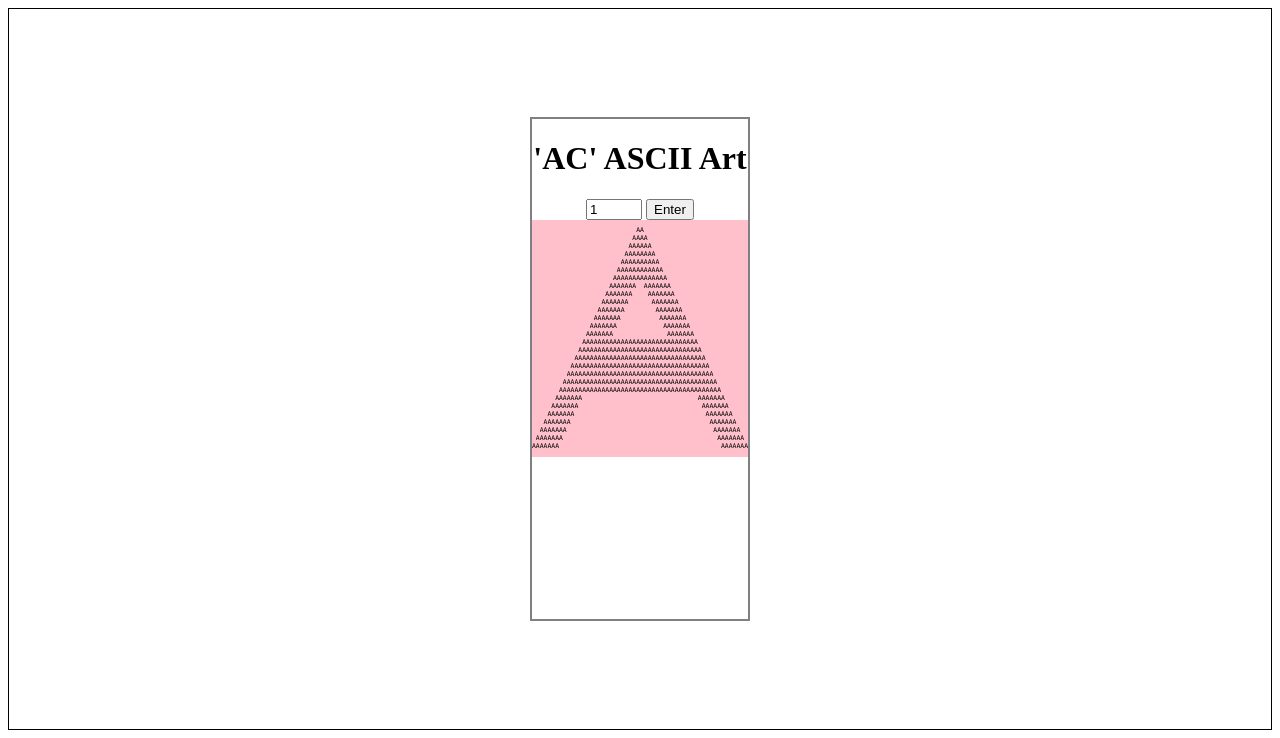
Repository: Achorn/ascii-art
Page: index.html
These files come from the project's save history. The page is drawn as it stood at one moment and after the next save; the edit follows.
The browser window is 1280 px wide. The pictures show the whole page.

Above is the page before, as saved 2021-08-09 18:37:41.

### index.html
<!DOCTYPE html>
<html lang="en">
  <head>
    <link rel="stylesheet" href="styles.css" />
    <meta charset="UTF-8" />
    <meta http-equiv="X-UA-Compatible" content="IE=edge" />
    <meta name="viewport" content="width=device-width, initial-scale=1.0" />
    <title>Document</title>
  </head>
  <body>
    <form>
      <h1>'AC' ASCII Art</h1>
      <input type="number" min="1" value="1" max="10" />
      <button>Enter</button>
      <div id="ascii-container">
        <div id="a-container">
          <p id="mono-a" style="font-family: 'Lucida Console', monospace"></p>
        </div>
        <div id="c-container">
          <p id="mono-c" style="font-family: 'Lucida Console', monospace"></p>
        </div>
      </div>
    </form>
    <script type="text/javascript" src="myscripts.js"></script>
  </body>
</html>

### styles.css
body {
  border: 1px solid black;
  display: flex;
  flex-direction: column;
  justify-content: center;
  align-items: center;
  height: 100vh;
}

form {
  border: 2px solid grey;
  height: 500px;
  /* width: 400px; */
  text-align: center;
}

#ascii-container {
  display: flex;
}

#a-container {
  background-color: pink;
}
#c-container {
  background-color: pink;
}
#mono-a {
  /* font-size: 25.5vw; */

  white-space: pre;
}
#mono-c {
  white-space: pre;
}

### myscripts.js
let oneA = ["A"];
let twoA = [
  [" ", "A", " "],
  ["A", " ", "A"],
];
let threeA = [
  [" ", " ", "A", " ", " "],
  ["", "A", "A", "A", ""],
  ["A", "", "", "", "A"],
];

let four = [
  [" ", " ", " ", "A"],
  [" ", " ", "A", " "],
  [" ", "A", "A", "A"],
  ["A", " ", " ", " "],
];

let eight = [
  [" ", " ", " ", " ", " ", " ", " ", "A"],
  [" ", " ", " ", " ", " ", " ", "A", "A"],
  [" ", " ", " ", " ", " ", "A", "A", " "],
  [" ", " ", " ", " ", "A", "A", "A", "A"],
  [" ", " ", " ", "A", "A", "A", "A", "A"],
  [" ", " ", "A", "A", " ", " ", " ", " "],
  [" ", "A", "A", " ", " ", " ", " ", " "],
  ["A", "A", " ", " ", " ", " ", " ", " "],
];

function scaleSpread(array, factor) {
  const scaled = [];

  for (const row of array) {
    let x = [];

    for (const item of row) x.push(...Array(factor).fill(item));

    scaled.push(...Array(factor).fill(x));
  }

  return scaled;
}

function arrToString(arr) {
  let string = "";
  for (let i = 0; i < arr.length; i++) {
    string += arr[i].join("") + "<br>";
  }
  return string;
}

function halfArrToString(arr) {
  let string = "";
  for (let i = 0; i < arr.length; i++) {
    string += arr[i].join("");
    let rev = arr[i].slice();
    string += rev.reverse().join("");
    string += "<br>";
  }
  return string;
}
function trimA(arr, lWidth) {
  for (i = 0; i < arr.length; i++) {
    let disp = lWidth - (i % lWidth) - 1;
    let newArr = arr[i].slice();
    for (let j = 0; j < disp; j++) {
      newArr.pop();
      newArr.unshift(" ");
    }
    arr[i] = newArr;
  }
}

let monoA = document.getElementById("mono-a");
let monoC = document.getElementById("mono-c");
let scale = 7;
let scaledFour = scaleSpread(four, scale);
trimA(scaledFour, scale);

let scaledEight = scaleSpread(eight, 5);
trimA(scaledEight, 4);
// mono.innerHTML = halfArrToString(scaleSpread(four, 7));
monoA.style.fontSize = `${45 / scale}px`;
// monoC.style.fontSize = `${4 / scale}em`;
monoA.innerHTML = halfArrToString(scaledFour);
// monoC.innerHTML = arrToString(scaledEight);
// mono.innerHTML += arrToString(scaleSpread(eight, 1));

After the next save:
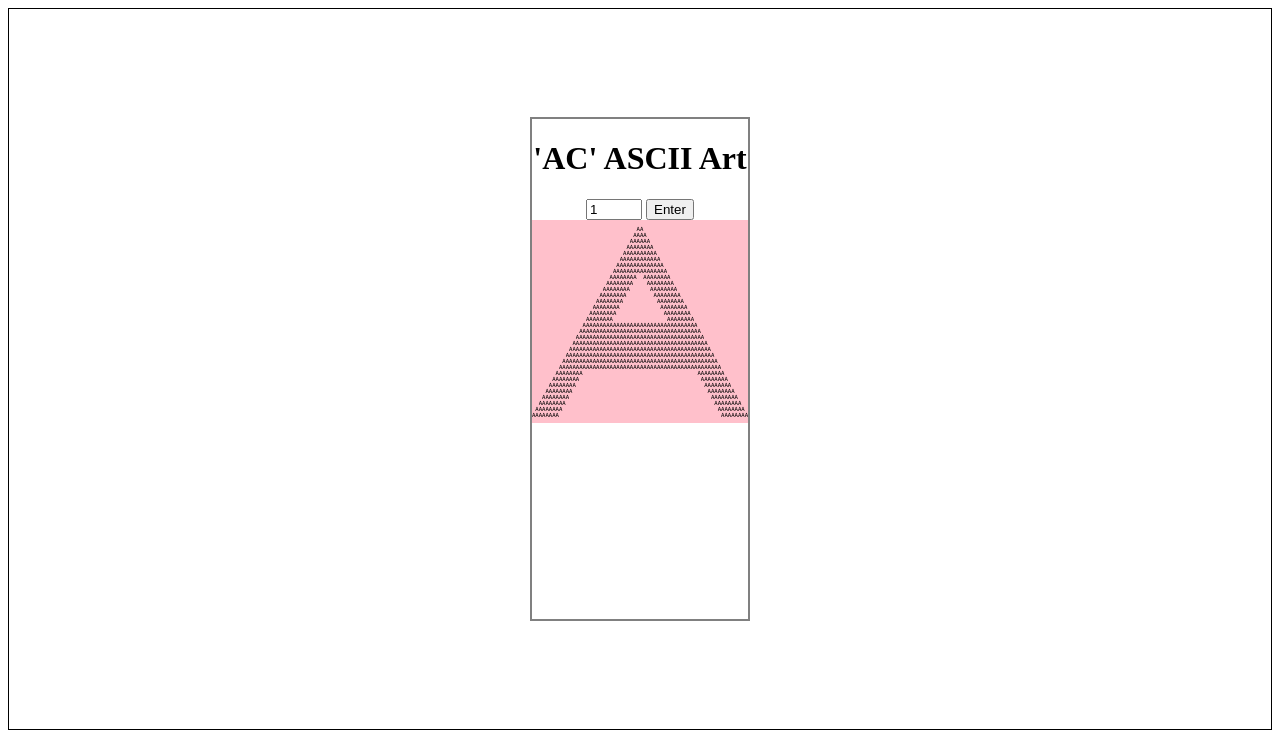
Saved 4 s later.
--- a/myscripts.js
+++ b/myscripts.js
@@ -73,7 +73,7 @@ function trimA(arr, lWidth) {
 
 let monoA = document.getElementById("mono-a");
 let monoC = document.getElementById("mono-c");
-let scale = 7;
+let scale = 8;
 let scaledFour = scaleSpread(four, scale);
 trimA(scaledFour, scale);
 
